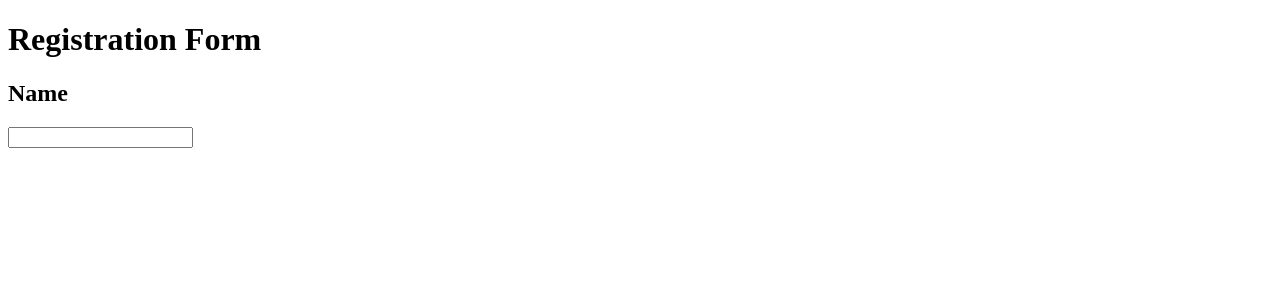
Repository: sudeepa88/Registration-Form
Page: registration.html
These files come from the project's save history. The page is drawn as it stood at one moment and after the next save; the edit follows.
The browser window is 1280 px wide. The pictures show the whole page.

Above is the page before, as saved 2022-01-11 21:23:49.

After the next save:
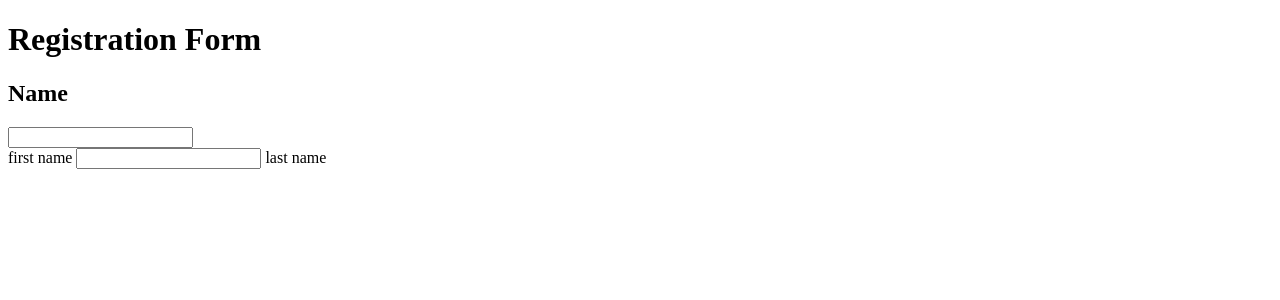
Saved 5 min 7 s later.
--- a/registration.html
+++ b/registration.html
@@ -14,6 +14,9 @@
              <div id="name">
                  <h2 class="name">Name</h2>
                  <input class ="firstname" type="rext" name="first_name"><br>
+                 <label class="firstlabel">first name</label>
+                 <input class="lastname" type="text" name="last_name">
+                 <label class="lastlabel">last name</label>
 
 
              </div>
